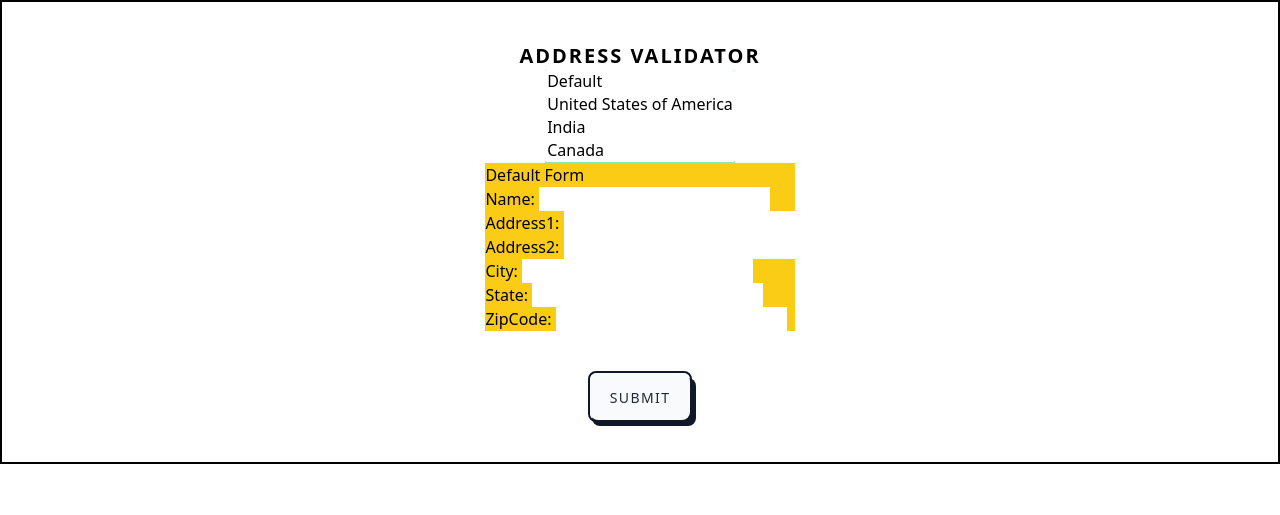
Repository: jay-singhvi/SWArchDesign_TeamProject
Page: / (app in frontend/address-validation/)
The author's editor kept a copy of each file at every save. The page is drawn from the files as they stood at one save, then again after the next save.
The browser window is 1280 px wide. The pictures show the whole page.
The project was rebuilt for these pictures with package versions that can differ from the ones it lists, and the page was loaded fresh each time. Also part of the build but not shown: frontend/address-validation/src/App.css.

Above is the page before, as saved 2023-03-07 14:54:14.

### frontend/address-validation/src/App.js
import "./App.css";
import React, { useState, setState } from "react";
import USA from "./assets/usa.png";
import CND from "./assets/canada.png";
import IND from "./assets/india.png";

// React component for creating and sending POST request
function App() {
  // variables to handle the Request and Response
  const [countryList, setCountryList] = useState("");
  const [formData, setFormData] = useState(null);
  const [responseData, setResponseData] = useState(null);

  // Set of Counries under consideration
  const countries = [
    { name: "Default" },
    { name: "United States of America" },
    { name: "India" },
    { name: "Canada" },
  ];

  // Function to render form based on Countries
  function renderForm() {
    if (countryList.length === 1) {
      console.log(countryList);
      if (countryList.includes("United States of America"))
        return <USAForm setFormData={setFormData} />;
      else if (countryList.includes("India"))
        return <IndiaForm setFormData={setFormData} />;
      else if (countryList.includes("Canada"))
        return <CanadaForm setFormData={setFormData} />;
      else return <DefaultForm setFormData={setFormData} />;
    }
    // Renders form for multiple selected countries
    else {
      return <DefaultForm setFormData={setFormData} />;
    }
  }

  // Handles selected country and set ths
  function handleSelectedCountry(event) {
    const selectedOptions = Array.from(event.target.selectedOptions);
    const selectedValues = selectedOptions.map((option) => option.value);
    setCountryList(selectedValues);
  }

  // Finds address based on the form data
  async function findAddress(event) {
    event.preventDefault();

    // If only one country is selected
    if (countryList.length === 1) {
      //If selected country id default then send country field empty in JSON request
      if (countryList[0] === "Default") {
        countryList[0] = "";
      }
      const updatedFormData = { ...formData, Country: countryList[0] };

      // If form data has Name attribute then search based on name and country
      if (formData !== null && formData.Name !== null) {
        try {
          const response = await fetch(
            "http://localhost:5000/api/searchCountriesByClient",
            {
              method: "POST",
              headers: {
                "Content-Type": "application/json",
              },
              body: JSON.stringify(updatedFormData),
            }
          );

          const data = await response.json();
          setResponseData(data);
        } catch (error) {
          console.error(error);
          setResponseData({ error: "An error occurred" });
        }
      }

      //If name is not mentioned then populate all addresses for that country based on JSON request
      else {
        try {
          const response = await fetch(
            "http://localhost:5000/api/searchCountry",
            {
              method: "POST",
              headers: {
                "Content-Type": "application/json",
              },
              body: JSON.stringify(updatedFormData),
            }
          );

          const data = await response.json();
          setResponseData(data);
        } catch (error) {
          console.error(error);
          setResponseData({ error: "An error occurred" });
        }
      }
    }
    //If more one country is selected then send the list of countries with JSON request
    else if (countryList.length > 1) {
      const updatedFormData = { ...formData, Country: countryList };

      try {
        const response = await fetch(
          "http://localhost:5000//api/searchCountries",
          {
            method: "POST",
            headers: {
              "Content-Type": "application/json",
            },
            body: JSON.stringify(updatedFormData),
          }
        );

        const data = await response.json();
        setResponseData(data);
      } catch (error) {
        console.error(error);
        setResponseData({ error: "An error occurred" });
      }
    }
    // If only name is mentioned then look for that name in all countries
    else if (formData !== null && formData.Name !== null) {
      try {
        const response = await fetch(
          "http://localhost:5000/api/searchCountriesByClient",
          {
            method: "POST",
            headers: {
              "Content-Type": "application/json",
            },
            body: JSON.stringify(formData),
          }
        );

        const data = await response.json();
        setResponseData(data);
      } catch (error) {
        console.error(error);
        setResponseData({ error: "An error occurred" });
      }
    }
    setFormData({});
  }

  // Give all the options of countries to user for selection
  return (
    <div className=" items-center justify-between min-h-screen  ">
      <div className="  py-10 flex flex-col items-center border-2 border-black">
        <h1 className=" uppercase tracking-widest font-bold text-xl">
          Address Validator
        </h1>
        <div className=" bg-green-300">
          <select multiple value={countryList} onChange={handleSelectedCountry}>
            {countries.map((country) => (
              <option key={country.name} value={country.name}>
                {country.name}
              </option>
            ))}
          </select>
        </div>

        {renderForm()}

        {/* <button type="submit" onClick={findAddress}>
          Submit
        </button> */}
        <a href="#_" class="relative inline-block text-lg group mt-10">
          <span class="relative z-10 block px-5 py-3 overflow-hidden font-medium leading-tight text-gray-800 transition-colors duration-300 ease-out border-2 border-gray-900 rounded-lg group-hover:text-white">
            <span class="absolute inset-0 w-full h-full px-5 py-3 rounded-lg bg-gray-50"></span>
            <span class="absolute left-0 w-48 h-48 -ml-2 transition-all duration-300 origin-top-right -rotate-90 -translate-x-full translate-y-12 bg-gray-900 group-hover:-rotate-180 ease"></span>
            <button
              type="submit"
              onClick={findAddress}
              className=" relative uppercase tracking-widest text-sm"
            >
              Submit
            </button>
          </span>
          <span
            class="absolute bottom-0 right-0 w-full h-12 -mb-1 -mr-1 transition-all duration-200 ease-linear bg-gray-900 rounded-lg group-hover:mb-0 group-hover:mr-0"
            data-rounded="rounded-lg"
          ></span>
        </a>

        {responseData && (
          <div>
            <h2>Post Result:</h2>
            <pre>{JSON.stringify(responseData, null, 2)}</pre>
          </div>
        )}
      </div>
    </div>
  );
}

// React component to render USA specific form
function USAForm({ setFormData }) {
  const [formValues, setFormValues] = useState({});
  function updateForm(event) {
    setFormValues({
      ...formValues,
      [event.target.name]: event.target.value,
    });
    setFormData({
      ...formValues,
      [event.target.name]: event.target.value,
    });
  }

  return (
    <div className=" bg-gradient-to-b from-blue-400 to-red-500 items-center mt-10 px-10 py-5 min-w-fit">
      <div>
        <form>
          <div className=" flex items-center justify-center space-x-2">
            <img src={USA} className=" h-8 w-8 rounded-full" />
            <h2 className=" uppercase tracking-wider font-medium">
              United States Form
            </h2>
          </div>

          <div className=" mt-2 space-y-3">
            <div className="w-full px-3 mb-3">
              <label
                className="block uppercase tracking-wide text-black text-xs font-bold mb-2"
                for="grid-first-name"
              >
                Full Name
              </label>
              <input
                onChange={updateForm}
                className="appearance-none block w-full bg-gray-200 text-gray-700 border rounded w-1/2 py-2 px-4 mb-3 leading-tight focus:outline-none focus:bg-white"
                type="text"
                placeholder="Full Name"
              />
            </div>

            {/* address 01 02 */}
            <div className=" flex">
              <div className=" w-full px-3 mb-3">
                <label className=" block uppercase tracking-wide text-black text-xs font-bold mb-2">
                  Address 01
                </label>
                <input
                  onChange={updateForm}
                  className=" appearance-none block w-full bg-gray-200 text-gray-700 border border-gray-200 rounded py-2 px-4 leading-tight focus:outline-none focus:bg-white focus:border-gray-500"
                  type="text"
                  placeholder="Address Line 01"
                />
              </div>
              <div className=" w-full px-3 mb-3">
                <label className=" block uppercase tracking-wide text-black text-xs font-bold mb-2">
                  Address 02
                </label>
                <input
                  onChange={updateForm}
                  className=" appearance-none block w-full bg-gray-200 text-gray-700 border border-gray-200 rounded py-2 px-4 leading-tight focus:outline-none focus:bg-white focus:border-gray-500"
                  type="text"
                  placeholder="Address Line 02"
                />
              </div>
            </div>
            {/* city state and zip */}
            <div className=" flex">
              <div className=" w-full px-3 mb-3">
                <label className=" block uppercase tracking-wide text-black text-xs font-bold mb-2">
                  City
                </label>
                <input
                  onChange={updateForm}
                  className=" appearance-none block w-full bg-gray-200 text-gray-700 border border-gray-200 rounded py-2 px-4 leading-tight focus:outline-none focus:bg-white focus:border-gray-500"
                  type="text"
                  name="City"
                  placeholder="City"
                />
              </div>
              <div className=" w-full px-3 mb-3">
                <label className=" block uppercase tracking-wide text-black text-xs font-bold mb-2">
                 State
                </label>
                <input
                  onChange={updateForm}
                  className=" appearance-none block w-full bg-gray-200 text-gray-700 border border-gray-200 rounded py-2 px-4 leading-tight focus:outline-none focus:bg-white focus:border-gray-500"
                  type="text"
                  name="State"
                  placeholder="State"
                />
              </div>
              <div className=" w-full px-3 mb-3">
                <label className=" block uppercase tracking-wide text-black text-xs font-bold mb-2">
                 Zip Code
                </label>
                <input
                  onChange={updateForm}
                  className=" appearance-none block w-full bg-gray-200 text-gray-700 border border-gray-200 rounded py-2 px-4 leading-tight focus:outline-none focus:bg-white focus:border-gray-500"
                  type="text"
                  name="Zipcode"
                  placeholder="Zip Code"
                />
              </div>
            </div>

             {/* Name: <input type="text" name="Name" onChange={updateForm} />
            <br /> */}
            {/* Address1:{" "}
            <input type="text" name="Address1" onChange={updateForm} />
            <br /> */}
            {/* Address2:{" "}
            <input type="text" name="Address2" onChange={updateForm} />
            <br /> */}
            {/* City: <input type="text" name="City" onChange={updateForm} />
            <br />
            State: <input type="text" name="State" onChange={updateForm} />
            <br />
            ZipCode: <input type="text" name="Zipcode" onChange={updateForm} />
            <br /> */}
          </div>
        </form>
      </div>
    </div>
  );
}

// React component to render Canada specific form
function CanadaForm({ setFormData }) {
  const [formValues, setFormValues] = useState({});
  function updateForm(event) {
    setFormValues({
      ...formValues,
      [event.target.name]: event.target.value,
    });
    setFormData({
      ...formValues,
      [event.target.name]: event.target.value,
    });
  }

  return (
    <div className="bg-gradient-to-b from-white to-red-500 items-center mt-10 px-10 py-5">
      <div>
        <form>
          <div className=" flex items-center justify-center space-x-2">
            <img src={CND} className=" h-8 w-8 rounded-full" />
            <h2 className=" uppercase tracking-wider font-medium">
              Canada Form
            </h2>
          </div>
          Name: <input type="text" name="Name" onChange={updateForm} />
          <br />
          Address1: <input type="text" name="Address1" onChange={updateForm} />
          <br />
          Address2: <input type="text" name="Address2" onChange={updateForm} />
          <br />
          City: <input type="text" name="City" onChange={updateForm} />
          <br />
          Province: <input type="text" name="State" onChange={updateForm} />
          <br />
          Postalcode: <input type="text" name="ZipCode" onChange={updateForm} />
        </form>
      </div>
    </div>
  );
}

// React component to render India specific form
function IndiaForm({ setFormData }) {
  const [formValues, setFormValues] = useState({});
  function updateForm(event) {
    setFormValues({
      ...formValues,
      [event.target.name]: event.target.value,
    });
    setFormData({
      ...formValues,
      [event.target.name]: event.target.value,
    });
  }

  return (
    <div className=" bg-gradient-to-b from-orange-400 to-green-500 items-center mt-10 px-10 py-5">
      <div>
        <form>
          <div className=" flex items-center justify-center space-x-2">
            <img src={IND} className=" h-8 w-8 rounded-full" />
            <h2 className=" uppercase tracking-wider font-medium">
              India Form
            </h2>
          </div>
          Name: <input type="text" name="Name" onChange={updateForm} />
          <br />
          Street Address:{" "}
          <input type="text" name="Address1" onChange={updateForm} />
          <br />
          Address2: <input type="text" name="Address2" onChange={updateForm} />
          <br />
          City: <input type="text" name="City" onChange={updateForm} />
          <br />
          State: <input type="text" name="State" onChange={updateForm} />
          <br />
          Pincode: <input type="text" name="ZipCode" onChange={updateForm} />
          <br />
        </form>
      </div>
    </div>
  );
}

// React component to render default form
function DefaultForm({ setFormData }) {
  const [formValues, setFormValues] = useState({});
  function updateForm(event) {
    setFormValues({
      ...formValues,
      [event.target.name]: event.target.value,
    });
    setFormData({
      ...formValues,
      [event.target.name]: event.target.value,
    });
  }

  return (
    <div className="  bg-yellow-400">
      <h2>Default Form</h2>
      Name: <input type="text" name="Name" onChange={updateForm} />
      <br />
      Address1: <input type="text" name="Address1" onChange={updateForm} />
      <br />
      Address2: <input type="text" name="Address2" onChange={updateForm} />
      <br />
      City: <input type="text" name="City" onChange={updateForm} />
      <br />
      State: <input type="text" name="State" onChange={updateForm} />
      <br />
      ZipCode: <input type="text" name="Zipcode" onChange={updateForm} />
      <br />
    </div>
  );
}

export default App;

Loaded but not shown: frontend/address-validation/public/index.html (common file); frontend/address-validation/src/index.js (common file); frontend/address-validation/src/index.css (common file); frontend/address-validation/src/reportWebVitals.js (common file); frontend/address-validation/tailwind.config.js (common file)

After the next save:
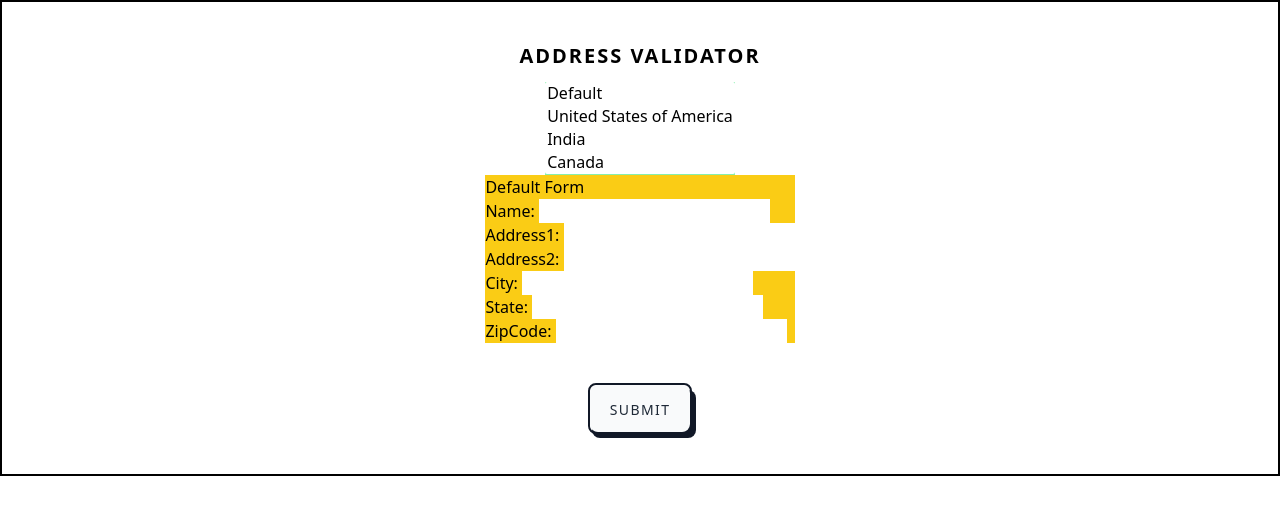
Saved 38 s later.
--- a/frontend/address-validation/src/App.js
+++ b/frontend/address-validation/src/App.js
@@ -154,7 +154,7 @@ function App() {
         <h1 className=" uppercase tracking-widest font-bold text-xl">
           Address Validator
         </h1>
-        <div className=" bg-green-300">
+        <div className=" bg-green-300 mt-3">
           <select multiple value={countryList} onChange={handleSelectedCountry}>
             {countries.map((country) => (
               <option key={country.name} value={country.name}>
